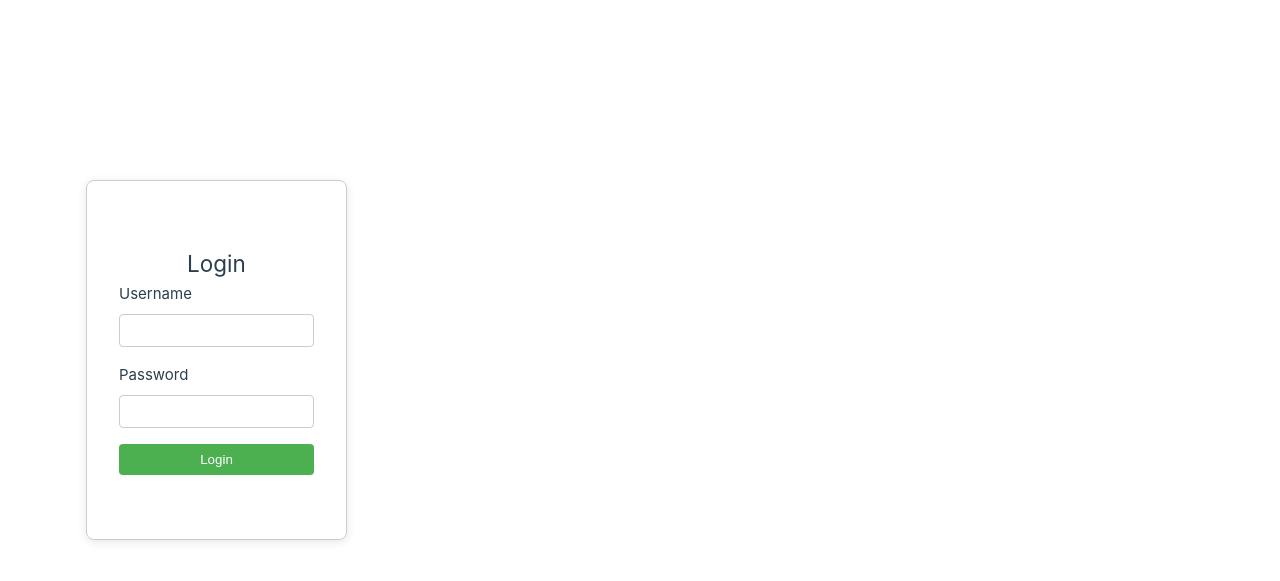
Repository: GilangRamadan11/LATIHANVUEDAA
Page: /
These files come from the project's save history. The page is drawn as it stood at one moment and after the next save; the edit follows.
The browser window is 1280 px wide. The pictures show the whole page.
The project was rebuilt for these pictures with package versions that can differ from the ones it lists, and the page was loaded fresh each time. Also part of the build but not shown: vite.config.js.

Above is the page before, as saved 2024-11-22 21:25:34.

### src/App.vue
<template>
  <div id="app">
    <Login />
  </div>
</template>

<script setup>
import Login from './components/LoginForm..vue';
</script>

### src/components/LoginForm..vue
<template>
  <div class="login-container">
    <h2>Login</h2>
    <form @submit.prevent="handleLogin">
      <div class="form-group">
        <label for="username">Username</label>
        <input type="text" id="username" v-model="username" required />
      </div>
      <div class="form-group">
        <label for="password">Password</label>
        <input type="password" id="password" v-model="password" required />
      </div>
      <button type="submit">Login</button>
    </form>
  </div>
</template>

<script setup>
import { ref } from 'vue';

const username = ref('');
const password = ref('');

const handleLogin = () => {
  console.log('Username:', username.value);
  console.log('Password:', password.value);
};
</script>

<style scoped>
html, body {
  height: 100%;
  margin: 0;
}

.login-container {
  display: flex;
  flex-direction: column;
  justify-content: center;
  align-items: center;
  height: 50vh;
  max-width: 400px;
  margin: auto;
  padding: 2rem;
  border: 1px solid #ccc;
  border-radius: 8px;
  box-shadow: 0 2px 10px rgba(0, 0, 0, 0.1);
}

.form-group {
  margin-bottom: 1rem;
}

label {
  display: block;
  margin-bottom: 0.5rem;
}

input {
  width: 100%;
  padding: 0.5rem;
  border: 1px solid #ccc;
  border-radius: 4px;
}

button {
  width: 100%;
  padding: 0.5rem;
  background-color: #4CAF50;
  color: white;
  border: none;
  border-radius: 4px;
  cursor: pointer;
}

button:hover {
  background-color: #45a049;
}
</style>

Loaded but not shown: index.html (common file); src/main.js (common file); src/assets/main.css (common file); src/assets/base.css (common file)

After the next save:
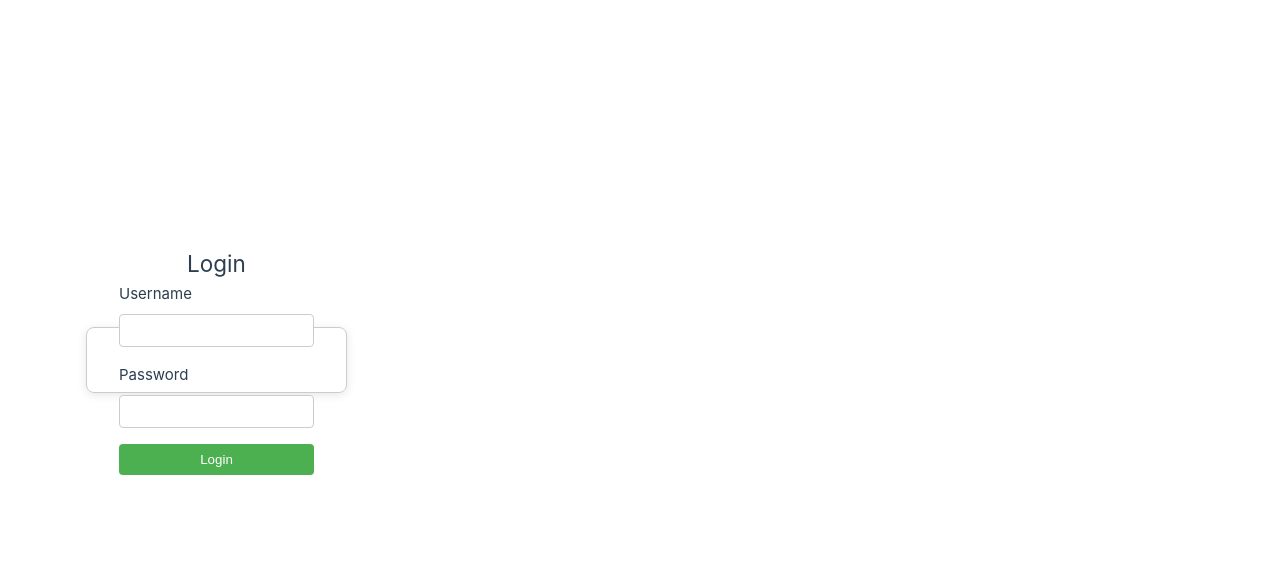
Saved 12 s later.
--- a/src/components/LoginForm..vue
+++ b/src/components/LoginForm..vue
@@ -38,7 +38,7 @@
   flex-direction: column;
   justify-content: center;
   align-items: center;
-  height: 50vh;
+  height: 50px;
   max-width: 400px;
   margin: auto;
   padding: 2rem;

After the save that followed:
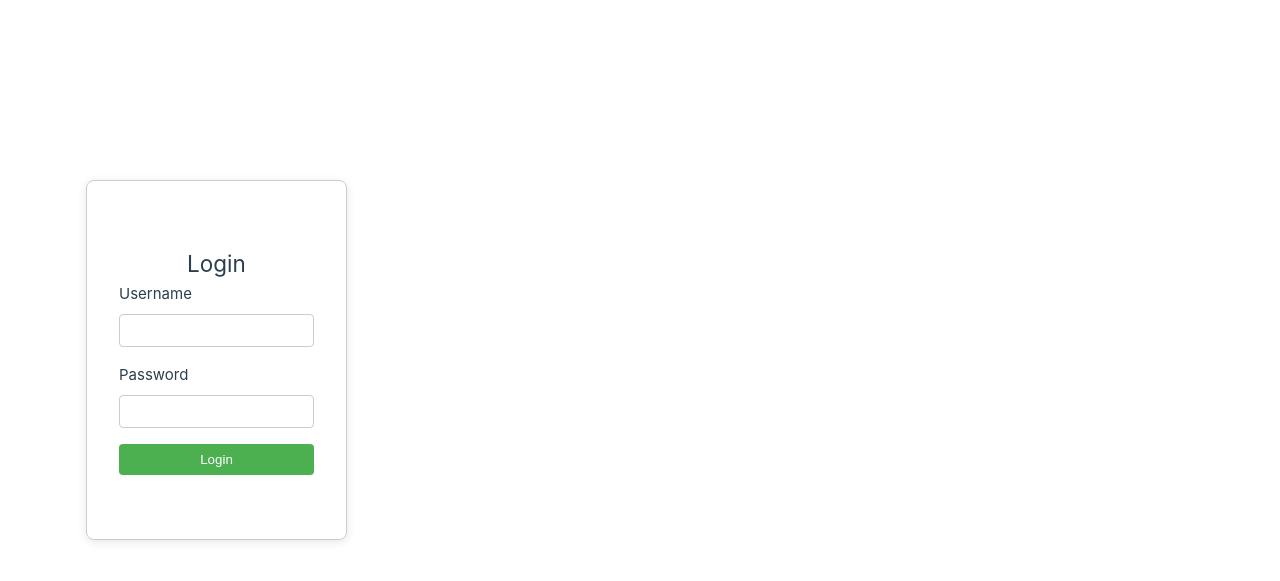
Saved 6 s later.
--- a/src/components/LoginForm..vue
+++ b/src/components/LoginForm..vue
@@ -38,7 +38,7 @@
   flex-direction: column;
   justify-content: center;
   align-items: center;
-  height: 50px;
+  height: 50vh;
   max-width: 400px;
   margin: auto;
   padding: 2rem;
